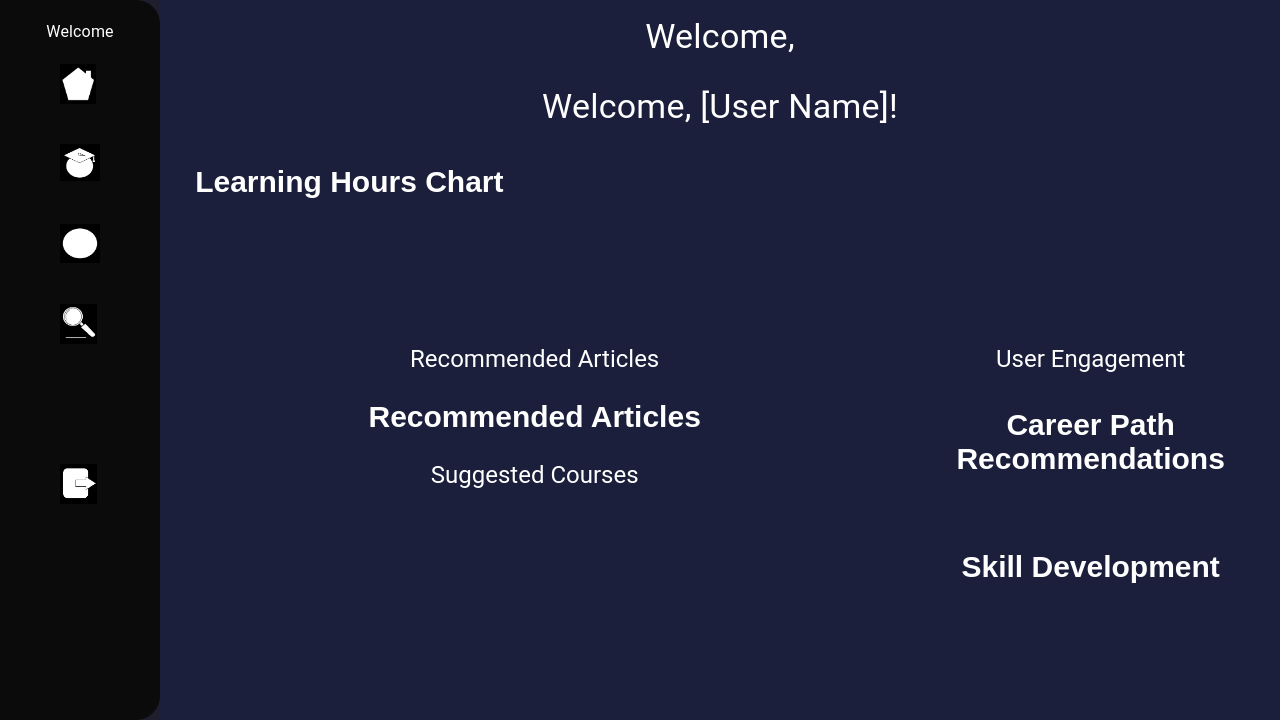
Repository: jvt2/OnlineCourseApp
Page: /dashboard
These files come from the project's save history. The page is drawn as it stood at one moment and after the next save; the edit follows.
The browser window is 1280 px wide. The pictures show the whole page.
The page's requests for data from a server got no answer. The project was rebuilt for these pictures with package versions that can differ from the ones it lists, and the page was loaded fresh each time. No one was signed in, and anything a server would have sent is missing. Also part of the build but not shown: src/features/auth/Register.js, src/features/auth/Login.js, src/features/courses/ResumeUpload.js, src/features/courses/CourseRecommendations.js, src/components/common/MyModal.js, src/features/courses/CourseCatalog.js, src/features/courses/CourseDetail.js, src/components/common/Navbar.js and 3 more. Imported but missing from the stored project, and not drawn on this page: src/app/reportWebVitals.

Above is the page before, as saved 2024-07-18 16:58:49.

### src/index.js
import React from 'react';
import ReactDOM from 'react-dom/client';
import { Provider } from 'react-redux';
import store from './redux/store';
import './index.css';
import App from './app/App';
import reportWebVitals from './app/reportWebVitals';

const root = ReactDOM.createRoot(document.getElementById('root'));
root.render(
  <React.StrictMode>
    <App />
  </React.StrictMode>
);

// If you want to start measuring performance in your app, pass a function
// to log results (for example: reportWebVitals(console.log))
// or send to an analytics endpoint. Learn more: https://bit.ly/CRA-vitals
reportWebVitals();

### src/redux/store.js
// src/redux/store.js

import { configureStore } from '@reduxjs/toolkit';
import userReducer from './userReducer';

const store = configureStore({
  reducer: {
    user: userReducer,
  },
});

export default store;

### src/app/App.js
import { BrowserRouter as Router, Route, Routes } from 'react-router-dom';
import React, { useState } from 'react';
import logo from '../logo.svg';
import './App.css';
import Register from '../features/auth/Register';
import Login from '../features/auth/Login';
import CourseCatalog from '../features/courses/CourseCatalog';
import CourseDetail from '../features/courses/CourseDetail';
import UserDashboard from '../features/dashboard/Dashboard';
import Navbar from '../components/common/Navbar';
import { Provider } from 'react-redux';
import store from '../redux/store'; // import your Redux store here
import Logout from '../features/auth/Logout'; // Import the Logout component
import Chatbot from '../features/chatbot/Chatbot';
import CourseRecommendations from '../features/courses/CourseRecommendations';
import axios from 'axios';
import ResumeUpload from '../features/courses/ResumeUpload';
import LandingPage from '../components/common/LandingPage';

function App() {
  const [loggedIn, setLoggedIn] = useState(false);
  const [users, setUsers] = useState([]);
  const [currentUser, setCurrentUser] = useState(null);
  const [recommendations, setRecommendations] = useState([]);

  const handleResumeUpload = (newRecommendations) => {
    console.log('New Recommendations:', newRecommendations);
    setRecommendations(newRecommendations);
  };

  const [courses, setCourses] = useState([
    {id: 1, name: 'Course 1', description: 'This is course 1'},
    {id: 2, name: 'Course 2', description: 'This is course 2'}
  ]);

  const handleRegister = async (username, password) => {
    try {
      const response = await axios.post('http://localhost:3001/register', { username, password });
      alert(response.data.message);
      // Log in the new user if registration is successful
      handleLogin(username, password);
    } catch (error) {
      alert(error.response.data.message);
    }
  };

  const handleLogin = async (username, password) => {
    try {
      const response = await axios.post('http://localhost:3001/login', { username, password });
      localStorage.setItem('token', response.data.token);
      setLoggedIn(true);
      setCurrentUser({ username });
    } catch (error) {
      alert('Login failed. Please check your username and password.');
    }
  };

  const handleEnroll = async (course) => {
    try {
      const token = localStorage.getItem('token');
      await axios.post('http://localhost:3001/enroll', { courseId: course.id }, {
        headers: { 'Authorization': `Bearer ${token}` }
      });
      setEnrolledCourses([...enrolledCourses, course]);
    } catch (error) {
      console.error('Enrollment failed', error);
    }
  };

  const [enrolledCourses, setEnrolledCourses] = useState([]);
  const [isModalOpen, setIsModalOpen] = useState(false);

  const handleSelectRecommendation = (recommendation) => {
    const newCourse = {
      id: courses.length + 1,
      name: recommendation.text,
      description: 'This is a recommended course based on your resume.'
    };

    setCourses([...courses, newCourse]);
    setEnrolledCourses([...enrolledCourses, newCourse]);
    setIsModalOpen(false);
  };

  return (
    <Provider store={store}>
      <Router>
        <div className="App">
          <Routes>
            <Route path="/" element={<LandingPage />} />
            <Route path="/register" element={<Register />} />
            <Route path="/login" element={<Login />} />
            <Route path="/dashboard" element={<UserDashboard />} /> {/* Added this line */}
            <Route path='/courses' element={<CourseCatalog courses={courses}/>}/>
            <Route path='/course/:id' element={<CourseDetail courses={courses} onEnroll={handleEnroll} />}/>
          </Routes>
        </div>
      </Router>
    </Provider>
  );
}

export default App;

### src/redux/userReducer.js
// src/redux/userReducer.js
// src/redux/userReducer.js
import { createSlice } from '@reduxjs/toolkit';

const initialState = {
  id: null,
  email: null,
  token: null,
};

const userSlice = createSlice({
  name: 'user',
  initialState,
  reducers: {
    logIn(state, action) {
      state.id = action.payload.id;
      state.email = action.payload.email;
      state.token = action.payload.token;
    },
    logOut(state) {
      state.id = null;
      state.email = null;
      state.token = null;
    },
  },
});

export const { logIn, logOut } = userSlice.actions;
export default userSlice.reducer;

### src/app/App.css
/* App.css */
:root {
  --primary-bg-color: #1E1E2F;
  --secondary-bg-color: #282840;
  --primary-text-color: #F5F5F5;
  --link-color: #61dafb;
  --accent-color: #FF6B6B;
  --navbar-height: 4rem;
  --content-padding: 20px;
  --border-radius: 8px;
  --transition-duration: 0.3s;
  --gradient-bg-color: linear-gradient(120deg, #84fab0 0%, #8fd3f4 100%);
}

.App {
  text-align: center;
  font-family: 'Arial', sans-serif;
  background-color: var(--primary-bg-color);
}

.App-logo {
  height: 40vmin;
  pointer-events: none;
  filter: drop-shadow(0 0 10px var(--accent-color));
}

.App-header {
  background-color: var(--secondary-bg-color);
  min-height: 100vh;
  display: flex;
  flex-direction: column;
  align-items: center;
  justify-content: center;
  font-size: calc(10px + 2vmin);
  color: var(--primary-text-color);
  border-bottom-left-radius: var(--border-radius);
  border-bottom-right-radius: var(--border-radius);
}

.App-link {
  color: var(--link-color);
  transition: color var(--transition-duration);
}

.App-link:hover {
  color: var(--accent-color);
}

@media (prefers-reduced-motion: no-preference) {
  .App-logo {
    animation: App-logo-spin infinite 20s linear;
  }
}

@keyframes App-logo-spin {
  from {
    transform: rotate(0deg);
  }
  to {
    transform: rotate(360deg);
  }
}

.site-navbar {
  display: flex;
  align-items: center;
  background: var(--gradient-bg-color);
  padding: 10px 20px;
  height: var(--navbar-height);
  font-weight: 500;
  box-shadow: 0 4px 6px rgba(0, 0, 0, 0.1);
}

.navbar-nav {
  display: flex;
  align-items: center;
  list-style: none;
  margin: 0;
  padding: 0;
  flex-grow: 1;
  justify-content: center;
}

.nav-item {
  display: flex;
  align-items: center;
  justify-content: center;
  text-decoration: none;
  color: var(--primary-text-color);
  padding: 15px 25px;
  transition: all 0.3s ease-in-out;
  border-radius: var(--border-radius);
  position: relative;
}

.nav-item:before {
  content: '';
  position: absolute;
  top: 0;
  left: 0;
  width: 0;
  height: 100%;
  background: var(--accent-color);
  border-radius: var(--border-radius);
  transition: width 0.3s ease-in-out;
  z-index: -1;
}

.nav-item:hover:before {
  width: 100%;
}

.nav-item:hover {
  color: var(--secondary-bg-color);
  box-shadow: 0 4px 8px rgba(0, 0, 0, 0.2);
  text-decoration: none;
}

.navbar-brand {
  margin-right: auto;
  color: var(--primary-text-color);
  font-size: 1.5em;
  font-weight: bold;
}

.App-content {
  padding: var(--content-padding);
  color: var(--primary-text-color);
}

.App-footer {
  text-align: center;
  padding: var(--content-padding);
  background-color: var(--secondary-bg-color);
  color: var(--primary-text-color);
  box-shadow: 0 -4px 6px rgba(0, 0, 0, 0.1);
}

.course-recommendations {
  width: 80%;
  margin: auto;
  background: #f9f9f9;
  padding: 20px;
  border-radius: 5px;
  box-shadow: 0px 0px 10px rgba(0, 0, 0, 0.1);
}

.course-recommendations h2 {
  text-align: center;
  color: #333;
}

.course-recommendations .course {
  padding: 10px 0;
  border-bottom: 1px solid #eee;
}

.course-recommendations .course:last-child {
  border-bottom: none;
}

.course-recommendations .course button {
  margin-left: 10px;
}

body {
  background-color: #1a1a2e;
  color: #e94560;
}

.MuiContainer-root {
  background-color: #16213e;
  border-radius: 8px;
  padding: 20px;
  box-shadow: 0 4px 8px rgba(0, 0, 0, 0.2);
}

.customTextField .MuiInputBase-input {
  color: #fff;
  background-color: rgba(255, 255, 255, 0.1);
}

.customTextField .MuiInputLabel-root {
  color: rgba(255, 255, 255, 0.7);
}

.customTextField .MuiInputLabel-root.Mui-focused {
  color: #fff;
}

.customTextField .MuiOutlinedInput-root {
  &.Mui-focused .MuiOutlinedInput-notchedOutline {
    border-color: #fff;
  }
  & .MuiOutlinedInput-notchedOutline {
    border-color: rgba(255, 255, 255, 0.5);
  }
}

### src/features/dashboard/Dashboard.js
// src/features/dashboard/Dashboard.js
import React, { useEffect, useState } from 'react';
import axios from 'axios';
import { useSelector } from 'react-redux';
import { Container, Typography, Box, Grid, Card, CardContent, CardActions, Button, List, ListItem, ListItemText } from '@mui/material';
import { useNavigate } from 'react-router-dom';

import './Dashboard.css';

// Import or define the TopSection component
import TopSection from './TopSection';
import MiddleSection from './MiddleSection';
import BottomSection from './BottomSection';
import SideSection from './SideSection';

import RecommendedArticles from '../../components/common/Articles/RecommendedArticles';

function Dashboard() {
  const [articles, setArticles] = useState([]);
  const [enrolledCourses, setEnrolledCourses] = useState([]);
  const token = useSelector(state => state.user.token);
  const userId = useSelector(state => state.user.id);
  const userEmail = useSelector(state => state.user.email);
  const navigate = useNavigate();

  useEffect(() => {
    const fetchArticles = async () => {
      try {
        const response = await axios.get(`http://localhost:3001/user/${userId}/articles`, {
          headers: { Authorization: `Bearer ${token}` }
        });
        setArticles(response.data);
      } catch (error) {
        console.error('Error fetching articles:', error);
      }
    };

    const fetchEnrolledCourses = async () => {
      try {
        const response = await axios.get(`http://localhost:3001/user/${userId}/courses`, {
          headers: { Authorization: `Bearer ${token}` }
        });
        setEnrolledCourses(response.data);
      } catch (error) {
        console.error('Error fetching enrolled courses:', error);
      }
    };

    fetchArticles();
    fetchEnrolledCourses();
  }, [userId, token]);

  return (
    <div className="container">
      <Box className="sidebar">
        <div className="sidebar-main">
          <Typography className="sidebar-logo">Welcome</Typography>
          <div className="sidebar-icon icon-home" onClick={() => navigate('/dashboard')}></div>
          <div className="sidebar-icon icon-graduation"></div>
          <div className="sidebar-icon icon-user" onClick={() => navigate('/courses')}></div>
          <div className="sidebar-icon icon-search"></div>
          <div className="sidebar-icon icon-settings"></div>
          <div className="sidebar-icon icon-logout"></div>
        </div>
      </Box>
      <Box className="dashboard-container">
        <Typography className="dashboard-header" variant="h4" gutterBottom>
          Welcome, {userEmail}
        </Typography>
        <Grid container spacing={3}>
          <Grid item xs={12}>
            <TopSection />
          </Grid>
          <Grid item xs={12} md={8}>
            <MiddleSection />
            <BottomSection />
          </Grid>
          <Grid item xs={12} md={4}>
            <SideSection />
          </Grid>
        </Grid>
      </Box>
    </div>
  );
}

export default Dashboard;

### src/features/auth/Logout.js
// Logout.js
import { useEffect } from 'react';
import { useDispatch } from 'react-redux';
import { useNavigate } from 'react-router-dom';
import { logOut } from '../../redux/reducers/userslice'; // Import the logOut action

function Logout() {
  const navigate = useNavigate();
  const dispatch = useDispatch();

  useEffect(() => {
    localStorage.removeItem('token'); // Remove the token from local storage
    dispatch(logOut()); // Dispatch the logOut action
    navigate('/login'); // Navigate to the login page
  }, [dispatch, navigate]);

  return null;
}

export default Logout;

### src/components/common/LandingPage.css
body {
    display: flex;
    justify-content: center;
    align-items: center;
    height: 100vh;
    background-color: #f7f7f7;
    margin: 0;
    font-family: 'Roboto', sans-serif;
  }

  .sign-in-container {
    display: flex;
    justify-content: center;
    align-items: center;
    height: 100%;
    width: 100%;
  }

  .sign-in-form {
    background-color: white;
    padding: 60px;
    border-radius: 10px;
    box-shadow: 0 4px 8px rgba(0, 0, 0, 0.1);
    text-align: center;
    max-width: 600px;
    width: 90%;
  }

  .logo {
    width: 200px;
    height: 200px;
    margin-bottom: 30px;
    background-color: white;
    border-radius: 10px;
  }

  h1 {
    margin: 0;
    font-size: 32px;
    font-weight: 700;
  }

  .subtitle {
    margin: 10px 0;
    color: #555;
    font-size: 18px;
  }

  .google-sign-in {
    background-color: #ffffff;
    color: #000;
    border: 1px solid #ccc;
    padding: 15px;
    width: 100%;
    border-radius: 5px;
    margin-bottom: 30px;
    display: flex;
    justify-content: center;
    align-items: center;
    cursor: pointer;
    font-size: 18px;
    font-weight: 500;
    transition: background-color 0.3s;
  }

  .google-sign-in:hover {
    background-color: #f0f0f0;
  }

  .google-logo {
    width: 25px;
    margin-right: 10px;
  }

  .separator {
    display: flex;
    align-items: center;
    text-align: center;
    margin: 30px 0;
    color: #aaa;
    font-size: 18px;
  }

  .separator::before,
  .separator::after {
    content: '';
    flex: 1;
    border-bottom: 1px solid #ccc;
  }

  .separator:not(:empty)::before {
    margin-right: .5em;
  }

  .separator:not(:empty)::after {
    margin-left: .5em;
  }

  .email-input,
  .password-input {
    width: 100%;
    padding: 15px;
    margin-bottom: 30px;
    border: 1px solid #ccc;
    border-radius: 5px;
    font-size: 18px;
    transition: border-color 0.3s;
  }

  .email-input:focus,
  .password-input:focus {
    border-color: #007bff;
    outline: none;
  }

  .continue-button {
    background-color: #9b51e0;
    color: white;
    border: none;
    padding: 15px;
    width: 100%;
    border-radius: 5px;
    font-size: 18px;
    font-weight: 500;
    cursor: pointer;
    transition: background-color 0.3s;
    margin-bottom: 10px; /* Add margin to separate the buttons */
  }

  .continue-button:hover {
    background-color: #7a3bc0;
  }

  .email-error {
    color: red;
    margin-top: 10px;
    font-size: 14px;
  }


  .back-button {
    background-color: #ccc;
    color: white;
    border: none;
    padding: 15px;
    width: 100%;
    border-radius: 5px;
    font-size: 18px;
    font-weight: 500;
    cursor: pointer;
    transition: background-color 0.3s;
    margin-bottom: 10px; /* Add margin to separate the buttons */
  }

  .back-button:hover {
    background-color: #aaa;
  }

  .sign-up-link {
    margin-top: 30px;
    color: #aaa;
    font-size: 18px;
  }

  .sign-up-link a {
    color: #9b51e0;
    text-decoration: none;
  }

  .sign-up-link a:hover {
    text-decoration: underline;
  }

### src/features/dashboard/Dashboard.css
:root {
  --primary-color: #0C0B0B;
  --secondary-color: #1b1f3b;
  --text-color: #FFFFFF;
  --accent-color: #4a90e2;
  --font-main: 'Arial', sans-serif;
  --font-header: 'Baloo Bhai', sans-serif;
  --border-radius: 24px;
  --transition-speed: 0.3s;
  --spacing-unit: 16px;
}

/* Dark mode */
@media (prefers-color-scheme: dark) {
  :root {
    --primary-color: #1a1a1a;
    --secondary-color: #121212;
    --text-color: #e0e0e0;
    --accent-color: #bb86fc;
  }
}


/* General styles for the dashboard */
body {
  margin: 0;
  font-family: var(--font-main);
  font-size: clamp(16px, 2vw, 20px);
  color: var(--text-color);
  background-color: var(--secondary-color);
}

.container {
  display: grid;
  grid-template-columns: 160px 1fr;
  min-height: 100vh;
}

.sidebar {
  background: var(--primary-color);
  border-radius: 0 var(--border-radius) var(--border-radius) 0;
  display: flex;
  flex-direction: column;
  align-items: center;
  padding: 20px 0;
}

.sidebar-main {
  display: flex;
  flex-direction: column;
  align-items: center;
  width: 100%;
}

.sidebar-logo {
  font-family: var(--font-header);
  color: var(--text-color);
  font-weight: 400;
  font-size: clamp(20px, 3vw, 24px);
  line-height: 1.25;
  margin-bottom: 40px;
  text-align: center;
}


.sidebar-icon {
  width: 40px;
  height: 40px;
  margin: 20px 0;
  cursor: pointer;
  background-size: contain;
  background-repeat: no-repeat;
  transition: all var(--transition-speed) ease;
}

.sidebar-icon:hover {
  background-color: rgba(255, 255, 255, 0.1);
  transform: scale(1.1);
}

.sidebar-icon.icon-home {
  background-image: url('/public/assets/home_I.png');
}

.sidebar-icon.icon-graduation {
  background-image: url('/public/assets/enroll.png');
}

.sidebar-icon.icon-user {
  background-image: url('/public/assets/user.png');
}

.sidebar-icon.icon-search {
  background-image: url('/public/assets/search.png');
}

.sidebar-icon.icon-logout {
  background-image: url('/public/assets/logout.png');
}

.sidebar-icon:hover {
  background-color: rgba(255, 255, 255, 0.1);
}
.dashboard-container {
  background-color: var(--secondary-color);
  padding: var(--spacing-unit);
  display: grid;
  grid-template-rows: auto 1fr;
  grid-gap: var(--spacing-unit);
  overflow-y: auto;
}

.dashboard-header {
  margin-bottom: var(--spacing-unit);
  text-align: center;
  font-family: var(--font-header);
}

.grid-item {
  background-color: var(--secondary-color);
  padding: var(--spacing-unit);
  border-radius: var(--border-radius);
  box-shadow: 0 2px 10px rgba(0, 0, 0, 0.1);
}

.card-content, .card-actions {
  padding: var(--spacing-unit);
}

.card-actions {
  display: flex;
  justify-content: flex-end;
}

.recommendations-container {
  background-color: #f5f5f5;
  border-radius: var(--border-radius);
  padding: var(--spacing-unit);
  margin-bottom: var(--spacing-unit);
}

.recommendation-item {
  background-color: white;
  border-radius: 4px;
  padding: var(--spacing-unit);
  margin-bottom: var(--spacing-unit);
  box-shadow: 0 2px 4px rgba(0, 0, 0, 0.1);
}

.recommendation-title {
  font-weight: bold;
  margin-bottom: 5px;
}

.recommendation-description {
  color: #666;
  font-size: 0.9em;
}

/* Media Queries */
@media (max-width: 768px) {
  .container {
    grid-template-columns: 1fr;
  }
  .sidebar {
    flex-direction: row;
    justify-content: space-around;
    border-radius: 0;
  }

  .sidebar-main {
    flex-direction: row;
  }

  .sidebar-icon {
    margin: 10px;
  }

  .dashboard-header {
    font-size: 1.5rem;
  }
}

@media (max-width: 480px) {
  .container {
    flex-direction: column;
  }

  .sidebar {
    width: 100%;
    height: auto;
    flex-direction: row;
    justify-content: space-around;
    padding: 10px;
    border-radius: 0;
  }

  .sidebar-main {
    flex-direction: row;
  }

  .sidebar-icon {
    margin: 5px;
  }

  .dashboard-header {
    font-size: 1.2rem;
  }
}

### src/features/dashboard/TopSection.js
// src/features/dashboard/TopSection.js
import React from 'react';
import { Box, Typography, Grid } from '@mui/material';
import LearningHoursChart from '../../components/common/Charts/LearningHoursChart';



function TopSection() {
  return (
    <Box>
      <Typography variant="h4" gutterBottom>Welcome, [User Name]!</Typography>
      <Grid container spacing={3}>
        <Grid item xs={12} md={4}>
          <LearningHoursChart />
        </Grid>
      </Grid>
    </Box>
  );
}

export default TopSection;

### src/features/dashboard/MiddleSection.js
// src/features/dashboard/MiddleSection.js
import React from 'react';
import { Box, Typography } from '@mui/material';
import RecommendedArticles from '../../components/common/Articles/RecommendedArticles';

function MiddleSection() {
  return (
    <Box>
      <Typography variant="h5" gutterBottom>Recommended Articles</Typography>
      <RecommendedArticles />
    </Box>
  );
}

export default MiddleSection;

### src/features/dashboard/BottomSection.js
// src/features/dashboard/BottomSection.js
import React from 'react';
import { Box, Typography, Grid } from '@mui/material';


function BottomSection() {
  return (
    <Box>
      <Typography variant="h5" gutterBottom>Suggested Courses</Typography>
      <Grid container spacing={3}>
        <Grid item xs={12} md={6}>

        </Grid>
        <Grid item xs={12} md={6}>

        </Grid>
      </Grid>
    </Box>
  );
}

export default BottomSection;

### src/features/dashboard/SideSection.js
// src/features/dashboard/SideSection.js
import React from 'react';
import { Box, Typography, Grid } from '@mui/material';
import CareerPathRecommendations from '../../components/common/Recommendations/CareerPathRecommendations';
import SkillDevelopment from '../../components/common/Recommendations/SkillDevelopment';

function SideSection() {
  return (
    <Box>
      <Typography variant="h5" gutterBottom>User Engagement</Typography>
      <Grid container spacing={3}>
        <Grid item xs={12}>
          <CareerPathRecommendations />
        </Grid>
        <Grid item xs={12}>
          <SkillDevelopment />
        </Grid>
      </Grid>
    </Box>
  );
}

export default SideSection;

### src/components/common/Articles/RecommendedArticles.js
// src/components/Articles/RecommendedArticles.js
import React from 'react';

function RecommendedArticles() {
  return (
    <div>
      <h2>Recommended Articles</h2>
    </div>
  );
}

export default RecommendedArticles;

### src/redux/reducers/userslice.js
import { createSlice } from '@reduxjs/toolkit';

const userSlice = createSlice({
  name: 'user',
  initialState: { name: '', loggedIn: false },
  reducers: {
    logIn: (state, action) => {
      state.name = action.payload.name;
      state.loggedIn = true;
    },
    logOut: (state) => {
      state.name = '';
      state.loggedIn = false;
    }
  }
});

export const { logIn, logOut } = userSlice.actions;
export default userSlice.reducer;

### src/components/common/Charts/LearningHoursChart.js
// src/components/Charts/LearningHoursChart.js
import React from 'react';

function LearningHoursChart() {
  return (
    <div>
      <h2>Learning Hours Chart</h2>
    </div>
  );
}

export default LearningHoursChart;

### src/components/common/Recommendations/CareerPathRecommendations.js
// src/components/Recommendations/CareerPathRecommendations.js
import React from 'react';

function CareerPathRecommendations() {
  return (
    <div>
      <h2>Career Path Recommendations</h2>
    </div>
  );
}

export default CareerPathRecommendations;

### src/components/common/Recommendations/SkillDevelopment.js
// src/components/Recommendations/SkillDevelopment.js
import React from 'react';

function SkillDevelopment() {
  return (
    <div>
      <h2>Skill Development</h2>
    </div>
  );
}

export default SkillDevelopment;

Loaded but not shown: public/index.html (common file); src/index.css (common file)

After the next save:
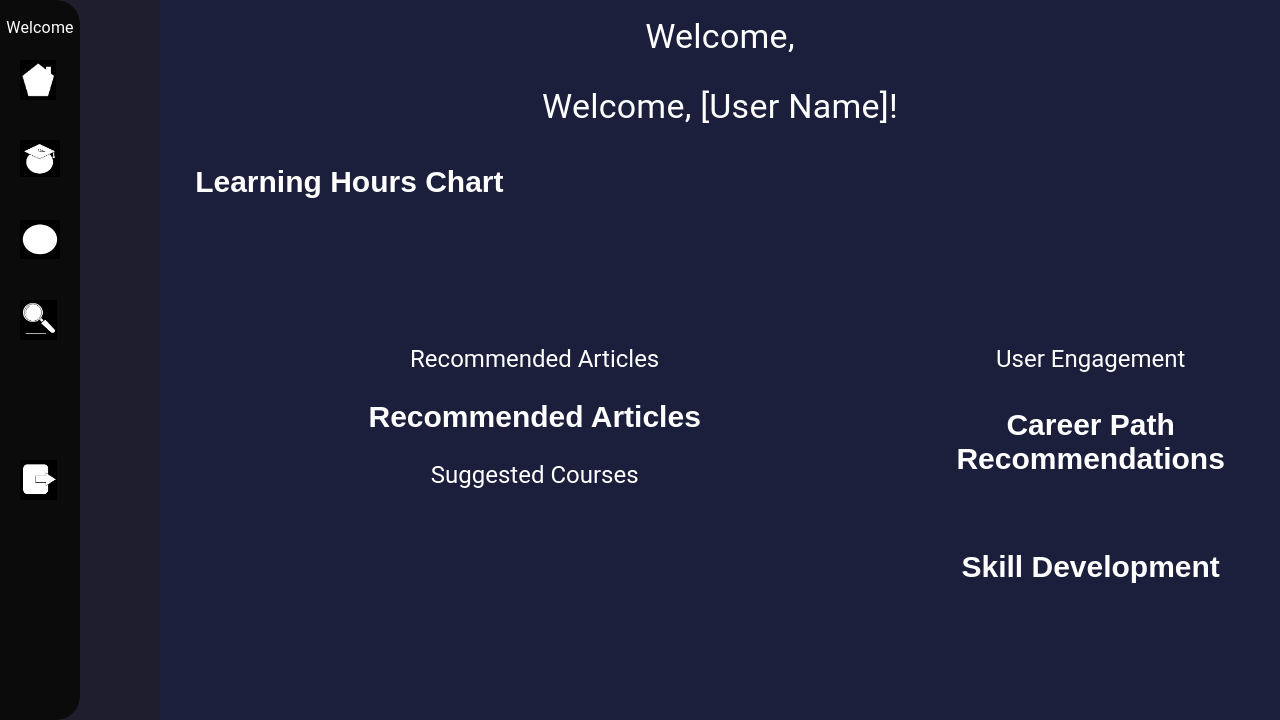
Saved 8 s later.
--- a/src/features/dashboard/Dashboard.css
+++ b/src/features/dashboard/Dashboard.css
@@ -37,13 +37,16 @@ body {
 }
 
 .sidebar {
+  width: 80px;
   background: var(--primary-color);
   border-radius: 0 var(--border-radius) var(--border-radius) 0;
   display: flex;
   flex-direction: column;
   align-items: center;
-  padding: 20px 0;
-}
+  justify-content: space-between;
+  padding: var(--spacing-unit) 0;
+}
+
 
 .sidebar-main {
   display: flex;
